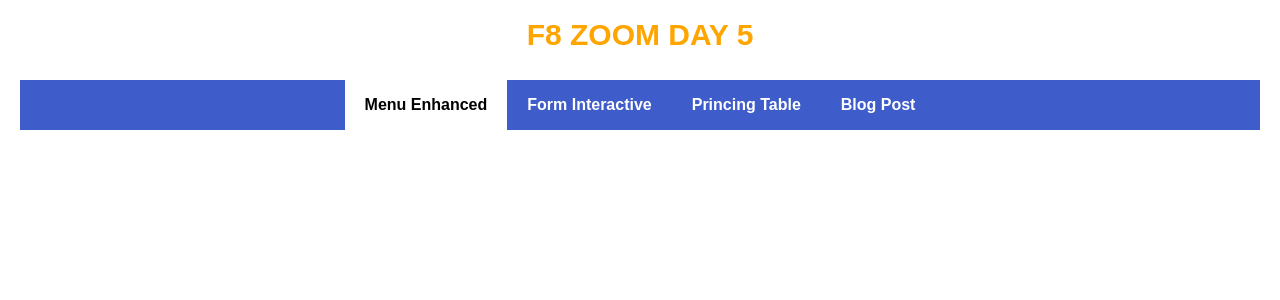
Repository: lannguyen1301/f8-zoom-day-5
Page: index.html
The author's editor kept a copy of each file at every save. The page is drawn from the files as they stood at one save, then again after a run of saves.
The browser window is 1280 px wide. The pictures show the whole page.
The first visible `.navbar__item .navbar__link` is being pressed.

Above is the page before, as saved 2025-04-21 19:08:42.

After the next 3 saves:
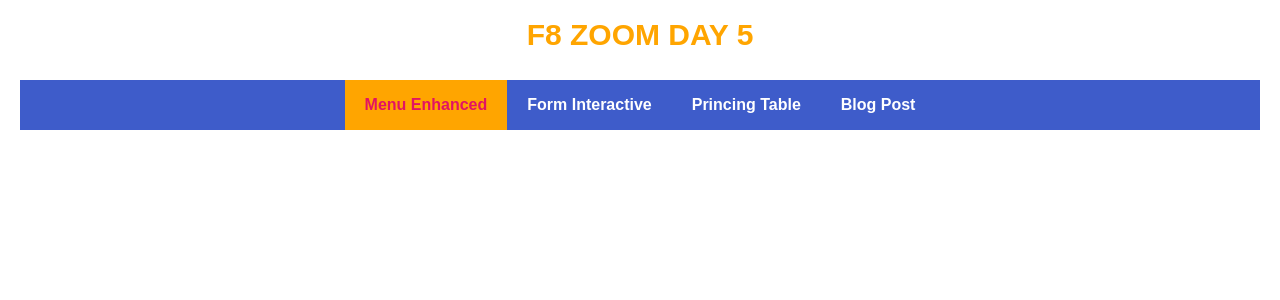
The 3 saves are shown as one change because they came seconds apart.
The last was saved 15 s later.
--- a/assets/css/style.css
+++ b/assets/css/style.css
@@ -60,6 +60,6 @@
 }
 
 .navbar__item .navbar__link:active {
-    color: rgb(226, 19, 99);
-    background-color: orange;
+    color: rgb(226, 19, 99) !important;
+    background-color: orange !important;
 }
